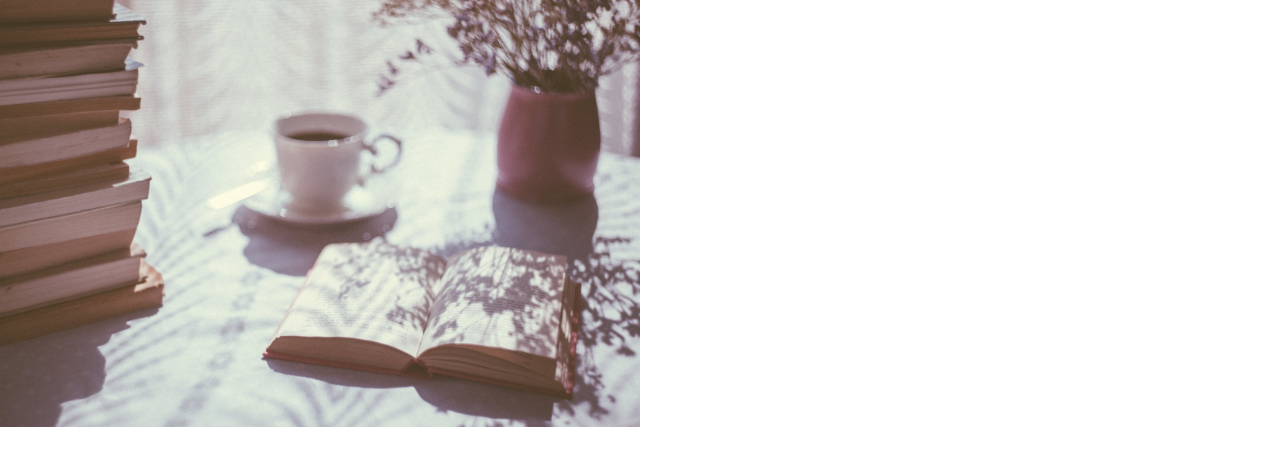
Repository: pazvarela/SCL019-social-network
Page: src/index.html
These files come from the project's save history. The page is drawn as it stood at one moment and after the next save; the edit follows.
The browser window is 1280 px wide. The pictures show the whole page.

Above is the page before, as saved 2022-03-08 17:22:10.
Console error (its wording comes from the project's code and is left out).

After the next save:
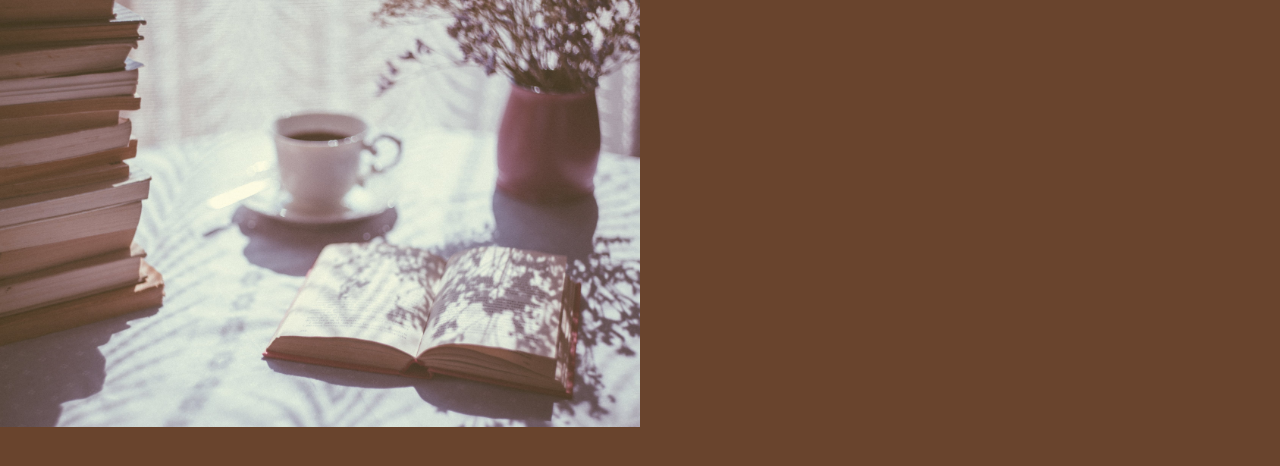
Saved 10 s later.
--- a/src/style.css
+++ b/src/style.css
@@ -8,7 +8,7 @@ body {
     background-image: url('./img/backgroundbb.jpeg');
     background-repeat: no-repeat;
     background-size: 50%;
-    background-color: #fff;
+    background-color: #69442D;
 }
 
 :root {
